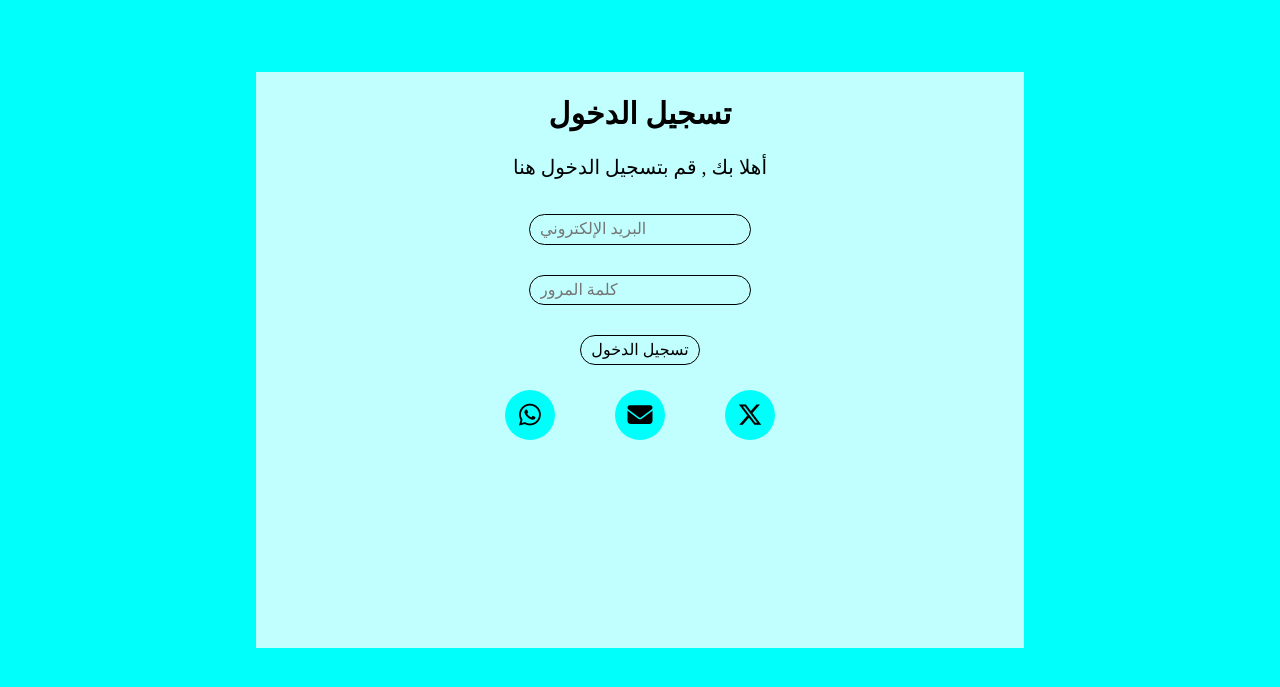
Repository: FaisalFahed/login-page
Page: html/صفحة تسجيل دخول.html
These files come from the project's save history. The page is drawn as it stood at one moment and after the next save; the edit follows.
The browser window is 1280 px wide. The pictures show the whole page.
Some web fonts or font styles are not loaded; a fallback is used.

Above is the page before, as saved 2025-04-01 08:47:04.

After the next save:
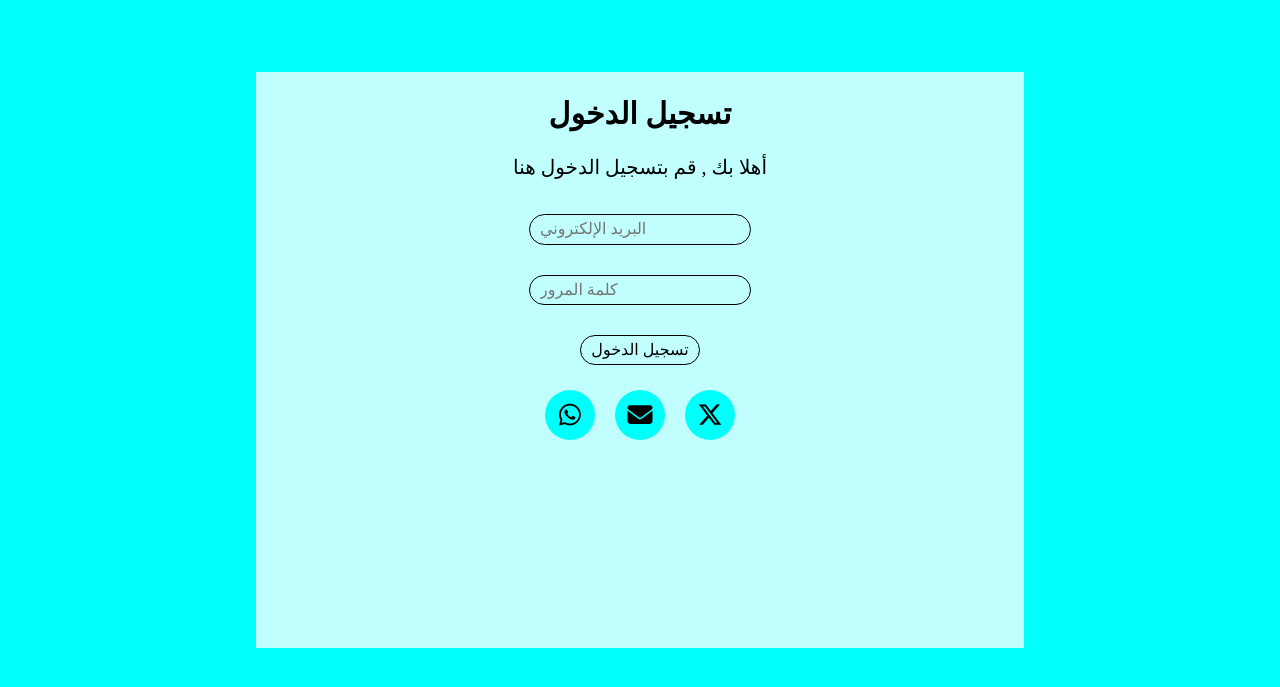
Saved 4 s later.
--- a/css/صفحة تسجيل دخول.css
+++ b/css/صفحة تسجيل دخول.css
@@ -86,7 +86,7 @@ ul{
     border-radius: 50%;
 }
 .icons ul li a i:nth-child(1){
-    margin: 10px 30px;
+    margin: 10px 10px;
 }
 /* @media (min-width:768px){
     .container{
